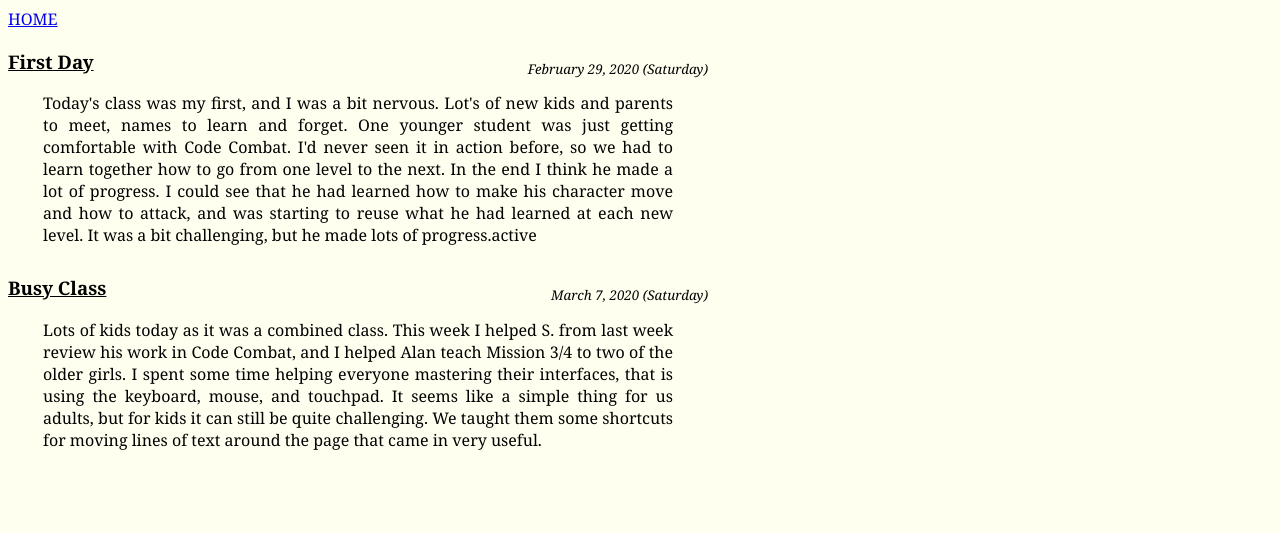
Repository: chocochocosensei/Mission-Exercises
Page: Page1/index.html
These files come from the project's save history. The page is drawn as it stood at one moment and after the next save; the edit follows.
The browser window is 1280 px wide. The pictures show the whole page.

Above is the page before, as saved 2020-03-11 04:14:50.

### Page1/index.html
<!doctype html>
<html>

<head>
    <meta charset="utf-8">
    <link rel="stylesheet" href="../style.css">
    <title>Mission Exercises March</title>
</head>

<body>
    <section>
        <div class="nav-bar"><a href="../index.html">HOME</a></div>
    </section>

    <section>
        <div class="section-title">
            <h2 id="entry-date-for-2020-02-29">February 29, 2020 (Saturday)</h2>
        </div>
        <div class="section-activity">
            <div class="card">
                <div class="title">
                    <h3 id="entry-title-for-2020-02-29">First Day</h3>
                </div>
                <div class="content">
                    <p>Today's class was my first, and I was a bit nervous. Lot's of new kids and parents to meet, names to learn and forget. One younger student was just getting comfortable with Code Combat. I'd never seen it in action before, so we had
                        to learn together how to go from one level to the next. In the end I think he made a lot of progress. I could see that he had learned how to make his character move and how to attack, and was starting to reuse what he had learned
                        at each new level. It was a bit challenging, but he made lots of progress.active</p>
                </div>
            </div>

            <div class="card class-hours hidden">
                <div class="title">
                    <h3 id="hours-for-2020-02-29">Hours for February 29, 2020</h3>
                </div>
                <div class="content">
                    <p>Class: 10:30-12:30</p>
                    <p>Hours: 2</p>
                </div>

            </div>
        </div>
    </section>

    <section>
        <div class="section-title">
            <h2 id="entry-date-for-2020-03-07">March 7, 2020 (Saturday)</h2>
        </div>
        <div class="section-activity">
            <div class="card">
                <div class="title">
                    <h3 id="entry-title-for-2020-03-07">Busy Class</h3>
                </div>
                <div class="content">
                    <p>Lots of kids today as it was a combined class. This week I helped S. from last week review his work in Code Combat, and I helped Alan teach Mission 3/4 to two of the older girls. I spent some time helping everyone mastering their interfaces,
                        that is using the keyboard, mouse, and touchpad. It seems like a simple thing for us adults, but for kids it can still be quite challenging. We taught them some shortcuts for moving lines of text around the page that came in very
                        useful.
                    </p>
                </div>
            </div>

            <div class="card class-hours hidden">
                <div class="title">
                    <h3 id="hours-for-2020-02-29">Hours for March 7, 2020</h3>
                </div>
                <div class="content">
                    <p>Class: 10:30-12:30</p>
                    <p>Hours: 2</p>
                </div>

            </div>
        </div>
    </section>
</body>

### style.css
body {
    background-color: ivory;
    font-family: Cambria, Cochin, Georgia, Times, 'Times New Roman', serif;
    max-width: 700px;
}

*.hidden {
    display: none;
}

.section-title h2 {
    font-size: smaller;
    text-align: right;
    float: right;
    width: auto;
    z-index: 100;
    font-weight: lighter;
    font-style: italic;
    border: 10pt red;
}

.section-activity {
    padding-bottom: 10px;
}

.section-activity .content p {
    margin: 0 5%;
    text-align: justify;
}

.title {
    font-weight: bold;
    text-decoration: underline;
}

After the next save:
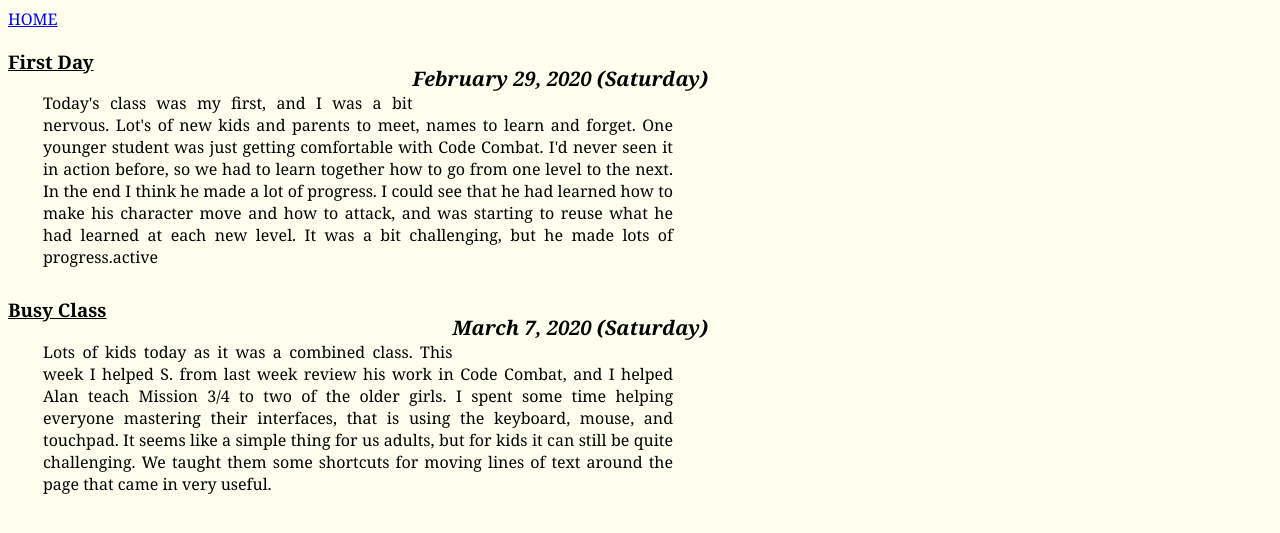
Saved 58 s later.
--- a/style.css
+++ b/style.css
@@ -8,7 +8,8 @@
     display: none;
 }
 
-.section-title h2 {
+.section-title {
+    border: 10pt red;
     font-size: smaller;
     text-align: right;
     float: right;
@@ -16,8 +17,9 @@
     z-index: 100;
     font-weight: lighter;
     font-style: italic;
-    border: 10pt red;
 }
+
+.section-title h2 {}
 
 .section-activity {
     padding-bottom: 10px;

After the save that followed:
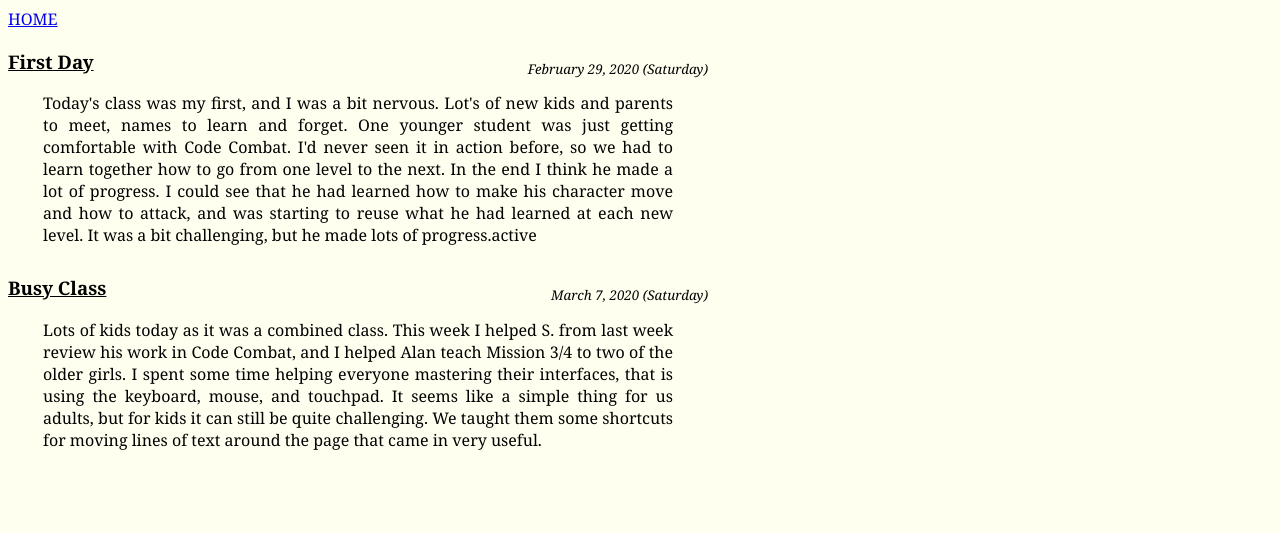
Saved 41 s later.
--- a/style.css
+++ b/style.css
@@ -10,6 +10,9 @@
 
 .section-title {
     border: 10pt red;
+}
+
+.section-title h2 {
     font-size: smaller;
     text-align: right;
     float: right;
@@ -18,8 +21,6 @@
     font-weight: lighter;
     font-style: italic;
 }
-
-.section-title h2 {}
 
 .section-activity {
     padding-bottom: 10px;
